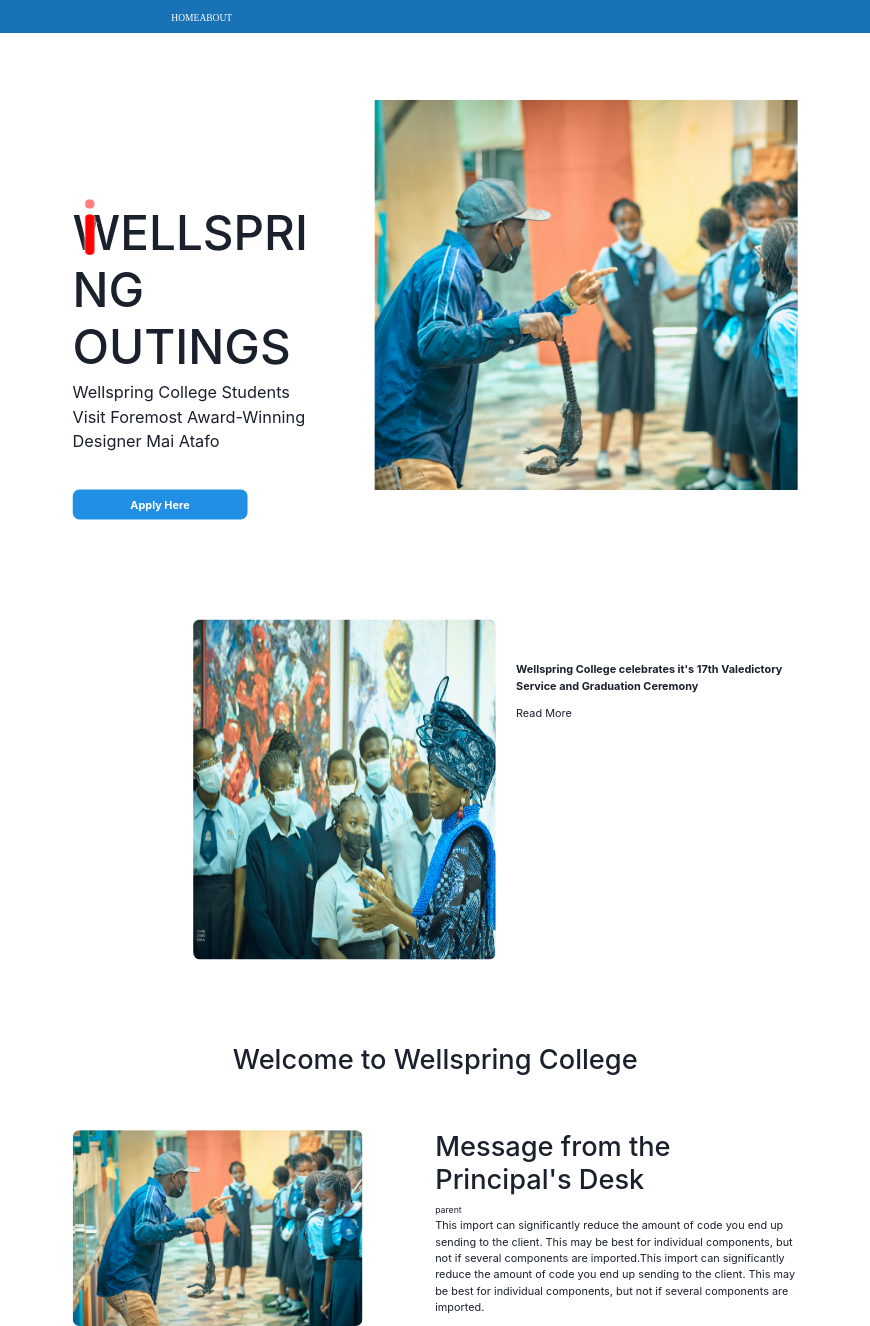
Repository: gr8skills/wellspring-school-forked
Page: /
An editor plug-in stored every save of this project. The page is shown before and after the next save, followed by the edit.
The browser window is 1280 px wide. The pictures show the whole page, at 68% of full size.
The project was rebuilt for these pictures with package versions that can differ from the ones it lists, and the page was loaded fresh each time. Also part of the build but not shown: src/components/Navbar/Dropdown.scss, src/components/Navbar/Dropdown.js, src/components/Calendar/Calendar.js.

Above is the page before, as saved 2022-12-02 00:05:51.

### src/index.css
body {
  /* margin: 0;
  font-family: -apple-system, BlinkMacSystemFont, 'Segoe UI', 'Roboto', 'Oxygen',
    'Ubuntu', 'Cantarell', 'Fira Sans', 'Droid Sans', 'Helvetica Neue',
    sans-serif;
  -webkit-font-smoothing: antialiased;
  -moz-osx-font-smoothing: grayscale; */
}

/* code {
  font-family: source-code-pro, Menlo, Monaco, Consolas, 'Courier New',
    monospace;
} */

### src/App.js
import logo from './logo.svg';
import './App.css';
import { BrowserRouter, Routes, Route, Link, Outlet } from "react-router-dom";
import "bootstrap/dist/css/bootstrap.min.css";

import NavBar from './components/Navbar/Navbar';
import { Home } from './pages/Home/Home';

function App() {
  return (


    <BrowserRouter>
      <NavBar />

      <Routes>
        <Route path="/" element={<Home />} />
        {/* <Route path="users" element={<Users />}>
          <Route path="me" element={<OwnUserProfile />} />
          <Route path=":id" element={<UserProfile />} />
        </Route> */}
      </Routes>
    </BrowserRouter>
  );
}

export default App;

### src/App.css
body{
}

.App {
  text-align: center;
    background-color:black;

}

.App-logo {
  height: 40vmin;
  pointer-events: none;
}

@media (prefers-reduced-motion: no-preference) {
  .App-logo {
    animation: App-logo-spin infinite 20s linear;
  }
}


@keyframes App-logo-spin {
  from {
    transform: rotate(0deg);
  }
  to {
    transform: rotate(360deg);
  }
}

### src/pages/Home/Home.js

import Carousel from "react-bootstrap/Carousel";
import Slider1 from "../../assets/slider1.png";
import Slider2 from "../../assets/slider2.png";
import { Sliders } from "../../components/Sliders/Sliders";
import { Button, ButtonGroup } from "@chakra-ui/react";

import "./_home.scss";
import { AppButton } from "../../components/AppButton/AppButton";
import { Calendar } from "../../components/Calendar/Calendar";
import { News } from "../../components/News/News";
export const Home =()=>{
    return (
      <>
        <div className="home-page-trans col-md-12 flexy">
          <div className="col-md-1">&nbsp;</div>
          <div className="col-md-10">
            {" "}
            <Carousel fade>
              <Carousel.Item>
                <div className="col-md-12 flexy">
                  <div className="col-md-4 slider-label">
                    <h1>Beyond the Classroom</h1>
                    <p>
                      Wellspring College Students Visit Foremost Award-Winning
                      Designer Mai Atafo
                    </p>
                  </div>
                  <div className="col-md-1">&nbsp;</div>
                  <div className="col-md-7">
                    <img
                      className="col-md-12 imgCaro"
                      src={Slider1}
                      alt="Scholar"
                    />
                  </div>
                </div>
              </Carousel.Item>

              <Carousel.Item>
                <div className="col-md-12 flexy">
                  <div className="col-md-4 slider-label">
                    <h1>WELLSPRING OUTINGS</h1>
                    <p>
                      Wellspring College Students Visit Foremost Award-Winning
                      Designer Mai Atafo
                    </p>
                  </div>
                  <div className="col-md-1">&nbsp;</div>

                  <div className="col-md-7">
                    <img
                      className="col-md-12 imgCaro"
                      src={Slider2}
                      alt="Scholar"
                    />
                  </div>
                </div>
              </Carousel.Item>
            </Carousel>
            <AppButton text="Apply Here" />
            {/* <Calendar month="Nov" day="10" year="2022" event="Open Day" time="10:00am-3:00pm"/> */}
            <News date="August 29th, 2022" message="Wellspring College celebrates it's 17th Valedictory Service and Graduation Ceremony"/>
          </div>
        </div>
        <div className="col-md-12 welcome-message-title">
          <Sliders
            header="Welcome to Wellspring College"
            message="This import can significantly reduce the amount of code you end up sending to the client. This may be best for individual components, but not if several components are imported.This import can significantly reduce the amount of code you end up sending to the client. This may be best for individual components, but not if several components are imported."
            sliderImg={Slider2}
            title="Message from the Principal's Desk"
            speaker="parent"
          />
        </div>
      </>
    );
}

### src/components/Navbar/MenuItems.js
export const navMenus = {
    about: [
        // {title: 'About ' + process.env.REACT_APP_SITE_NAME, path: '/about', cName: 'dropdown-link'},
        // {title: 'Administrator’s Message', path: '/about/administrators-message', cName: 'dropdown-link'},
        // {title: 'Proprietor’s Message', path: '/about/proprietors-message', cName: 'dropdown-link'},
        // {title: 'History of the School', path: '/about/history', cName: 'dropdown-link'},
        // {title: 'Contact Us', path: '/about/contact-us', cName: 'dropdown-link'},
    ]
}

export default navMenus;

### src/components/Navbar/NavBar.module.css


.navCont{
    position: relative;
    /* display: flex; */
    width:25%;
    /* justify-content: space-between; */
    /* margin: 0 auto; */
    /* max-height: 5rem; */
    padding-left:220px;

}

.nav-links{
    font-size:10px !important;
}


.imgCont{
    position: relative;
}

/* .imgContent{
    position: absolute;
    z-index: 1;
    height: 6vw;

} */

/* .btnPortal{
    background-color: #4CA14900;
    color: #fff;
    height: 2.5rem;
    width: 7rem;
    font-size: 18px;
    border-radius: 5px;
    position: relative;
    outline: 0;
    border: 0;
    transition: 1.5s scale linear;
} */

/* .btnPortal:focus{
    outline: 0;
    border: 0;
} */

/* .btnPortal:hover{
    transform: scale(1.02);
    background-color: #4CA149CF;
} */

/* .fIcon{
    width: 30px;
    height: 30px;
    padding: 5px 5px;
    transform: translate(-6px, -1px);
} */

/* @media screen and (max-width: 960px) {
    .navCont{
        position: relative;
        display: flex;
        width: 100%;
        justify-content: space-between;
        margin: 0 auto;
        max-height: 5rem;

    }

    .imgContent{
        position: absolute;
        z-index: 1;
        height: 16vw;

    }

}


 */

### src/components/Navbar/_navbar.scss
@import "../../variables";





.navContainer{
    background:$themecolor;
    min-height: 3rem;
    position: fixed;
    z-index: 1;
    right: 0;
    width: 100%;
    top: 0;
}


.nav-list{
    display: flex;
    max-width: 70%;
    width: 70%;
    justify-content: space-between;
    list-style: none;
    color: #fff;
    font-family: monserat;
    transform: translateY(54%);
    margin: 0 !important;
}

.nav-list li{
    line-height: 25px;
    text-align: center;
    margin: 0;
    font-size: 14px;

}

/* .nav-list li a{
    color: #fff;
} */


.nav-item {
    height: auto;
    justify-content: center;
    display: flex;
}

.menu-icon{
    display: none;
}




.nav-links {
    color: #fff;
    display: flex;
    align-items: center;
    text-decoration: none;
    height: 100%;
    transition: all 0.2s ease-out;

}

.nav-links:hover {
    background-color: #fff;
    text-decoration: none;
    // padding:5px;
    color:$themecolor;
}


@media screen and (max-width: 600px) {
    .ph{
        display: none;
    }

@media screen and (max-width: 960px) {
    .nav-list{
        display: none;
    }
}

    .menu-icon{
        display: block;
    }

    .nav-list{
        display: flex;
        flex-direction: column;
        position: absolute;
        height: 42rem;
        width: 100%;
        max-width: 100% !important;
        top: 48px;
        transform: translateY(4%);
        /* z-index: 999; */
        opacity: 1;
        right: -100%;
        transition: all .5s linear;
    background-color: #4CA149;

    }
.mainMenu li a{
    line-height:20px !important;

}
    .nav-list.active{
        transition: all 0.3s ease-out;
        visibility: visible;
        transition: all .5s linear;
        right: 0;
        /* z-index: 1; */
    }

    .nav-list.active li {
        font-size: 4vw;
        position: relative;
        margin: 30px 0;
    }


    .fa-times{
        position: relative;
        float: right;
        width: 100%;
    }

    .fa-times, .fa-bars{
        font-size: 40px;
        color: #feed00;
        transition: all 1.5ms linear;
        transform: translate(-29px, 17px);

    }
.nav-links{
    display:none;
}
}




@media screen and (min-width: 960px) {
    .wrapper{
        display:none;
    }
}



/*for sidenav*/




.ph:hover{
    background-color:rgb(255, 165, 0) !important;
    opacity:1 !important
}
.wrapper{
    position: absolute;
    top: 50%;
    left: 50%;
    transform: translate(-50%, -50%);

}
.mainMenu{
    width: 250px;
    display: block;
    border-radius: 10px;
    overflow: hidden;
}
.mainMenu a{
  font-size:20px !important;
  font-weight:bold !important;
      font-family: monserat;
      /* margin-bottom:-20px; */
}
.item{
    border-top: 1px solid orange;
    overflow: hidden;
margin: top 0;
line-height: 20px !important;
}
.btn{
    display: block;
    padding: 15px 20px;
    color: #fff;
    position: relative;
    padding-left:5px !important;
    /* text-align:left !important; */

}
.btn:before{
    content: '';
    position: absolute;
    width: 0;
    height: 0;
    border-left: 8px solid transparent;
    border-right:8px solid transparent;
    /* border-top:10px solid rgba(0,128,0,0.9); */
    right: 15px;
    bottom: -10px;
    z-index: 9;

}
.btn i {
    margin-right: 7px;
    margin-left: -5px;
    font-size: 13px;
}
.subMenu{
    /* background:#A3DA8D !important; */
      overflow: hidden;
        /* background:rgba(78,161,73, 0.1)!important; */
        background:rgba(178,161,173, 0.1)!important;

    transition: max-height 0.7s;
max-height: 0;
z-index:300000000 !important;
position:relative !important;

}
.subMenu a{
    display: block;
    /* padding: 5px 10px !important; */
    color: #fff !important;
    font-size: 14px !important;
    border-bottom: 1px solid #394c7f;
    position: relative;
    margin-top:5px !important;


}
.subMenu a:before{
    content: '';
    opacity: 0;
    transition: opacity 0.3s;

}
.subMenu a:hover:before{
    content: '';
    position: absolute;
    height: 0;
    width: 6px;
    left: 0;
    top:0;
    opacity: 1;
    /* background-color: #d8d824; */
    border-top: 24px solid transparent;
    border-left: 11px solid #ffffff;
    border-bottom: 24px solid transparent;
}
.subMenu a:after{
    content: '';
    opacity: 0;
    transition: opacity 0.3s;

}
.subMenu a:hover:after{
    content: '';
    position: absolute;
    height: 0;
    width: 6px;
    right: 0px;
    top:0;
    opacity: 1;
    /* background-color: #d8d824; */
    border-top: 24px solid transparent;
    border-right: 11px solid #ffffff;
    border-bottom: 24px solid transparent;
}
.subMenu a:hover{
   background-color:orange;
    transition: all 0.3s;
    border-bottom: 2px solid #394c7f;
}
.subMenu a:last-child{
    border:none;
}
.item:target .subMenu{
    max-height: 300px;
        /* transition: max-height 0.7s !important; */

}

.login{
  background-color:#ED2f59;
  padding:5px 14px 5px 14px !important;
  border-radius:5px;
margin-right:55px;
margin-left:30px;
font-family: 'Poppins', sans-serif;

  }



.portal{
  background-color:rgb(221, 156, 35);
  /* padding:7px; */
  width:120px;
  margin-left:50px;
  border-radius:5px;
 padding:7px !important;
 font-size:5px !important;
 color:white !important;
    /* padding-bottom:6px !important; */
  margin-top:20px !important;
   font-size:11px !important;
      text-decoration: none;

  }

  .portal a{

  }

### src/components/Sliders/Sliders.js
import './_sliders.scss'

export const Sliders=(props)=>{
    return (
      <>
        <div className="col-md-12 slider-header">
          <h1>{props.header}</h1>
        </div>
        <div className="col-md-12 flexy slider-container">
          <div className="col-md-1">&nbsp;</div>
          <div className="col-md-4">
            <img
              className="col-md-12 imgCaro"
              src={props.sliderImg}
              alt="Scholar"
            />
          </div>
          <div className="col-md-1">&nbsp;</div>
          <div className="col-md-5">
            <h1>{props.title}</h1>
            <small>{props.speaker}</small>
            <p>{props.message}</p>
          </div>
        </div>
      </>
    );
}

### src/pages/Home/_home.scss
@import "../../variables";
@import "../../shared-styles";



.home-page-trans{
    img{
            margin-top:147px;
            height:100% !important;

    }
    .slider-label{
        margin-top:300px;
        h1{
                    font-size:70px;

        }
        p{
            font-size:24px;
        }
    }
    .carousel {
    position: relative;
    z-index: 0;

}
.carousel-inner {
    position: relative;
    width: 100%;
    overflow: hidden;
    height: 100vh;
}

.imgCaro{
    width: 100%;
    height: 100%;
    object-fit: cover;
}

.carousel-indicators > button.active {
    opacity: 1;
    max-width: 14px !important;
    max-height:60px  !important;
    min-width: 14px !important;
    min-height:60px  !important;
    background-color: red !important;
    border-color: #fff !important;
    outline: none;
    border: none;
    border-radius: 7px !important;

}

.carousel-indicators button{
    max-width: 14px !important;
    max-height: 14px !important;
    min-width: 14px !important;
    min-height: 14px !important;
    margin: 3px 5px !important;
    border-radius: 7px !important;
    background-color: red!important;
    border: 1px solid #fff !important;
    transition: all .5s linear ;

}

.carousel-indicators button:focus{
        outline:0;
        border-color: #4287BD;
}
.carousel-indicators  {
    position: absolute;
    right: 0;
    bottom: 10px;
    left: 0;
    z-index: 15;
    display: flex;
    flex-direction: column;
    height: 100%;
    justify-content: center;
    padding-left: 0;
    margin-right: 0;
    margin-left: 1vw;
    list-style: none;
    outline: none;
    border: none;
}

.carousel-control-next {
    left: 1vw;
    transform: rotate(-91deg);
    position: absolute;
    margin-top: 15% !important;
    justify-content: right !important;
    height: 10px;
    width: 18px !important;
    font-size: 50px;

}
.carousel-control-prev {
    left: 1.5vw;
    transform: rotate(91deg) !important;
    position: absolute;
    margin-top: 30% !important;
    justify-content: right !important;
    height: 10px;
    font-size: 50px;
    width: 20px !important;
}
// .carousel-control-prev::after{
//     content: url('../../assets/DownArrows.svg');
//     background-color: red;
//     font-size: 54px;
//     z-index: 100;
//     right: 0;
//     width: 20px;
//     height: 80px;
// }
// .carousel-control-next::after{
//     content: url('../../assets/DownArrows.svg');
//     background-color: red !important;
//     font-size: 54px;
//     z-index: 1000000000000000000000000000;
//     position:relative;
//     right: 0;
//     width: 20px;
//     height: 80px;
// }
}

### src/components/AppButton/AppButton.js
import { Button, ButtonGroup } from "@chakra-ui/react";
import "./_app-button.scss";
export const AppButton =(props)=>{
    return (
      <button className="app-button">
        {props.text}
      </button>
    );
}

### src/components/News/News.js
import "./_news.scss";
import Slider1 from "../../assets/slider1.png";
import { Link, NavLink } from "react-router-dom";

export const News=(props)=>{
return (
  <>
    <div className="row">
      <div className="col-md-12 flexy news-container">
        <div className="col-md-2">&nbsp;</div>
        <div className="col-md-10 flexy">
          <div className="col-md-6 news-img">
            {" "}
            <img className="col-md-12" src={Slider1} alt="Scholar" />
          </div>
          <div className="col-md-6 news-description">
            <h6>{props.title}</h6>
            <p>
              <strong>
              {props.message}
              </strong>
            </p>
            <Link to="#">Read More</Link>
          </div>
        </div>
      </div>
    </div>
  </>
);
}

### src/_variables.scss
$themecolor:#1972B6;
$themecolor2:rgb(32,143,228);

### src/components/Sliders/_sliders.scss
@import "../../variables";
@import "../../shared-styles";


.slider-header{
    text-align: center;
    margin-top:70px;
    margin-bottom:80px;
    font-size:50px;
}
.slider-container{
    img{
         position: relative;
    width: 100%;
    overflow: hidden;
    height: 40vh;
    border-radius:10px;;
            object-fit: cover;

    }
}

### src/_shared-styles.scss
@media screen and (max-width:620px){
    .flexyM{
        display:flex;
    }
}@media screen and (min-width:620px){
    .flexy{
        display:flex;
    }
}

### src/components/AppButton/_app-button.scss
@import "../../shared-styles";
@import "./overides";
@import "../../variables";

.app-button{
    background-color:$themecolor2;
    color:white;
    padding:10px 85px;
    font-weight:bold;
    border-radius:10px;
}

### src/components/Calendar/_calendar.scss
@import "../../shared-styles";
@import "../../variables";



.calendar-container{
    .calendar-box{
background-color:$themecolor2;
height:100px;
width:110px;
border-radius: 10px;
color:#fff;
    text-align: center;
    padding:10px 0;

    }
    p{
        color:grey;
    }
    .calendar-day{
        font-size:35px;
    }
    .calendar-description{
        font-size:25px;
    }
}

### src/components/News/_news.scss
@import "../../shared-styles";
@import "../../variables";
.news-container{
    .news-img{
                margin-bottom:200px;

    }
    img{
        width:100%;
        border-radius: 10px;


    }
    .news-description{
        margin-top:200px;
        margin-left:30px;
    }
}

### src/components/AppButton/_overides.scss
@import "../../variables";



.css-jut409{
    background-color:$themecolor;
    padding:140px !important;
}

Loaded but not shown: public/index.html (common file); src/index.js (common file); src/reportWebVitals.js (common file); src/components/Navbar/Navbar.js (300 lines, source omitted)

After the next save:
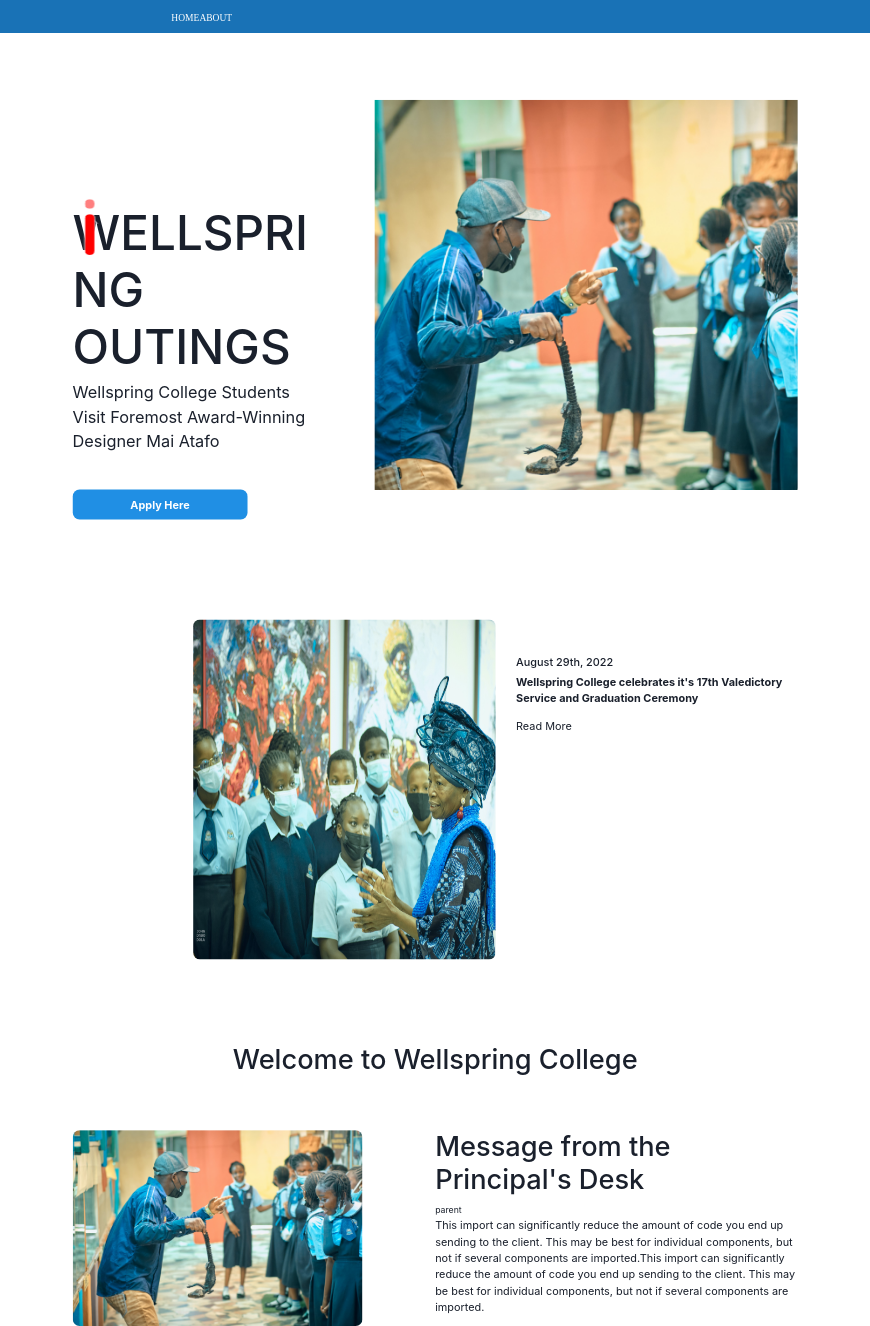
Saved 23 s later.
--- a/src/components/News/News.js
+++ b/src/components/News/News.js
@@ -14,7 +14,7 @@
             <img className="col-md-12" src={Slider1} alt="Scholar" />
           </div>
           <div className="col-md-6 news-description">
-            <h6>{props.title}</h6>
+            <h6>{props.date}</h6>
             <p>
               <strong>
               {props.message}
